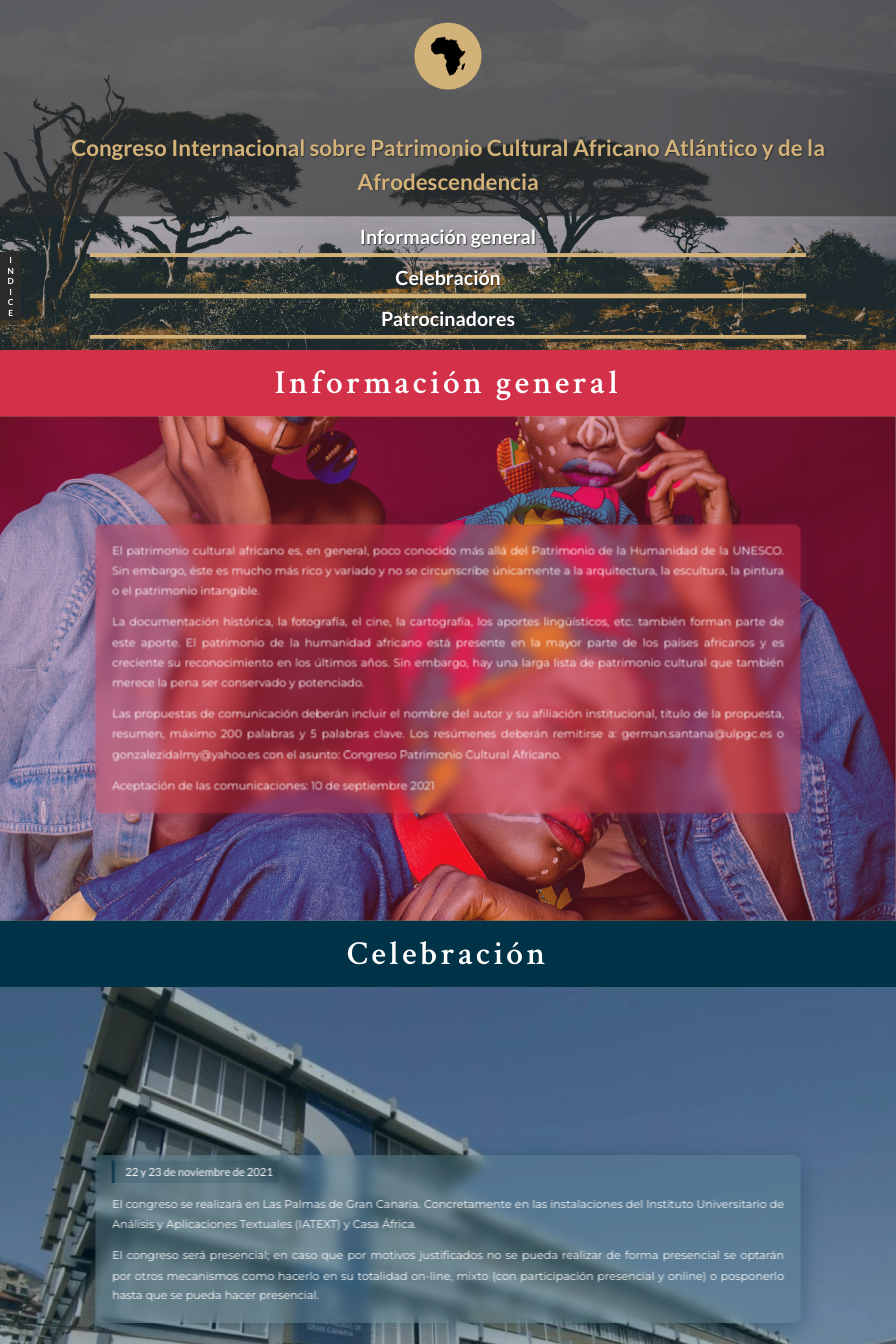
Repository: Letram/congresoafrica
Page: index.html
These files come from the project's save history. The page is drawn as it stood at one moment and after the next save; the edit follows.
The browser window is 1280 px wide. The pictures show the part of the page from y = 0 to 1920 px (the page is 2945 px tall), at 70% of full size.
Backgrounds fixed to the window are drawn as part of the page. Some web libraries are served in a nearby version. The style sheet was rebuilt from its Sass, Less or Tailwind sources for each picture, by a compiler version that may differ from the author's.

Above is the page before, as saved 2021-04-30 12:56:32.

After the next save:
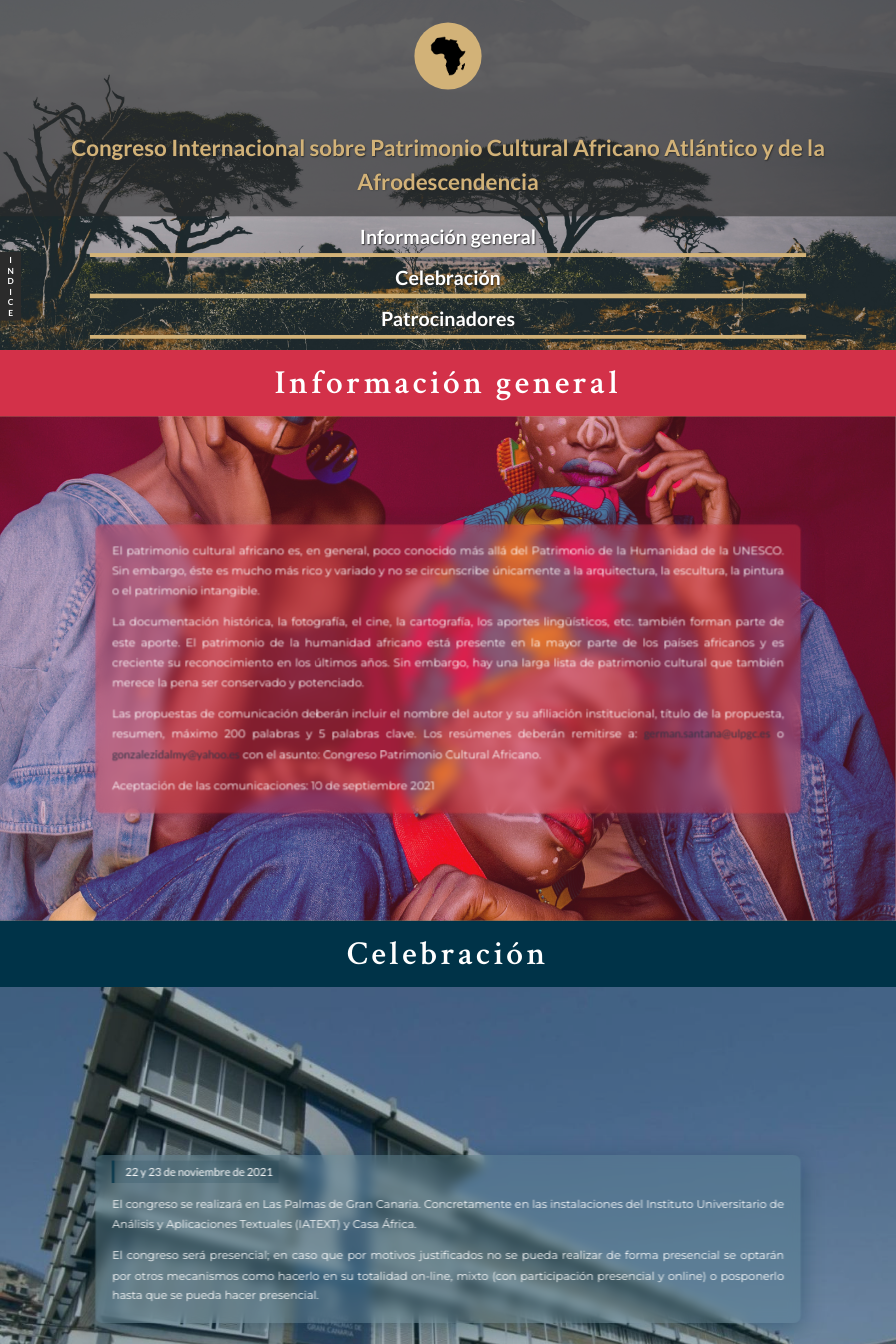
Saved 51 s later.
--- a/index.html
+++ b/index.html
@@ -57,7 +57,7 @@
               Las propuestas de comunicación deberán incluir el nombre del autor
               y su afiliación institucional, título de la propuesta, resumen,
               máximo 200 palabras y 5 palabras clave. Los resúmenes deberán
-              remitirse a: german.santana@ulpgc.es o gonzalezidalmy@yahoo.es con
+              remitirse a: <span>german.santana@ulpgc.es</span> o <span>gonzalezidalmy@yahoo.es</span> con
               el asunto: Congreso Patrimonio Cultural Africano.
             </p>
             <p>Aceptación de las comunicaciones: 10 de septiembre 2021</p>
